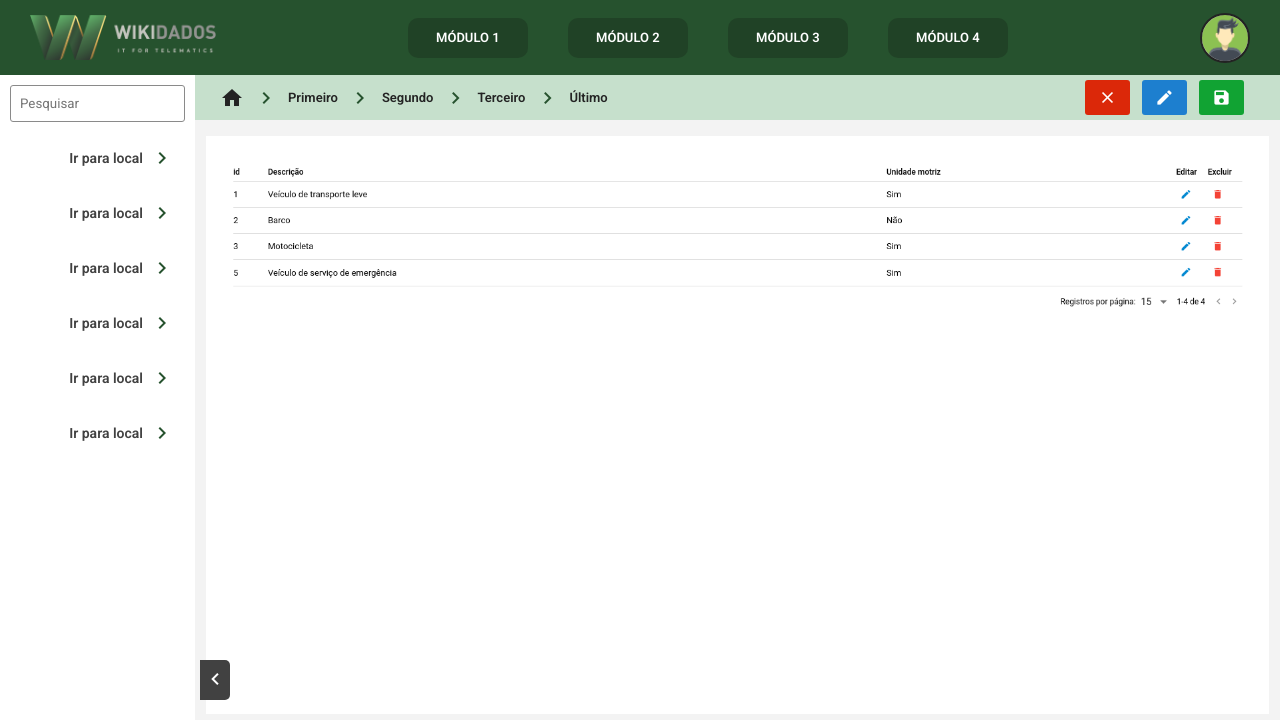
Repository: AlexDjon/alexdjon.github.io
Page: wiki-relayout/index.html
The author's editor kept a copy of each file at every save. The page is drawn from the files as they stood at one save, then again after the next save.
The browser window is 1280 px wide. The pictures show the whole page.

Above is the page before, as saved 2020-08-12 17:29:21.

### wiki-relayout/index.html
<!DOCTYPE html>
<html lang="pt-br">

<head>
  <meta charset="UTF-8">
  <meta name="viewport" content="width=device-width, initial-scale=1.0">
  <title>Wiki - Relayout</title>

  <link rel="shotcut icon" href="https://wikidados.com.br/assets/wiki/img/logos/favicon.ico">
  <link href="https://fonts.googleapis.com/icon?family=Material+Icons" rel="stylesheet">
  <link href="https://fonts.googleapis.com/css2?family=Open+Sans:wght@400;600;700&family=Roboto:wght@400;600&family=Noto+Sans:wght@400;700&display=swap" rel="stylesheet">
  <link rel="stylesheet" href="css/styles.css">
</head>

<body>
  <header class="cabecalho">
    <img src="img/unnamed.png" alt="Logo Wiki" class="logo">

    <div class="modulos">
      <button>Módulo 1</button>
      <button>Módulo 2</button>
      <button>Módulo 3</button>
      <button>Módulo 4</button>
    </div>

    <button class="user">
    </button>
  </header>

  <aside class="areas">
    <ul>
      <li><i class="material-icons">donut_large</i> Editar perfil</li>
      <li><i class="material-icons">grade</i> Favoritos</li>
      <li><i class="material-icons">history</i> Histórico</li>
      <li><i class="material-icons">power_settings_new</i> Sair</li>
    </ul>
  </aside>

  <main class="conteudo">
    <nav class="navbar">
      <div class="search">
        <input type="text" placeholder="Pesquisar">
      </div>
      <ul class="menu">
        <li>Ir para local <i class="material-icons">chevron_right</i></li>
        <li>Ir para local <i class="material-icons">chevron_right</i></li>
        <li>Ir para local <i class="material-icons">chevron_right</i></li>
        <li>Ir para local <i class="material-icons">chevron_right</i></li>
        <li>Ir para local <i class="material-icons">chevron_right</i></li>
        <li>Ir para local <i class="material-icons">chevron_right</i></li>
      </ul>

      <button class="close">
        <i class="material-icons">chevron_left</i>
      </button>
    </nav>

    <div class="meio">
      <div class="barra">
        <ul class="caminho">
          <li>
            <i class="material-icons">home</i>
          </li>
          <li id="separator">
            <i class="material-icons">chevron_right</i>
          </li>
          <li>
            Primeiro
          </li>
          <li id="separator">
            <i class="material-icons">chevron_right</i>
          </li>
          <li>
            Segundo
          </li>
          <li id="separator">
            <i class="material-icons">chevron_right</i>
          </li>
          <li>
            Terceiro
          </li>
          <li id="separator">
            <i class="material-icons">chevron_right</i>
          </li>
          <li>
            Último
          </li>
        </ul>

        <div class="list-buttons">
          <button>
            <i class="material-icons">close</i>
          </button>
          <button>
            <i class="material-icons">edit</i>
          </button>
          <button>
            <i class="material-icons">save</i>
          </button>
        </div>
      </div>

      <div class="viewer">
        <img src="img/tabela-exemplo.png" alt="Tabela">
      </div>
    </div>

  </main>

  <script src="js/scripts.js"></script>
</body>

</html>

### wiki-relayout/css/styles.css
* {
  padding: 0;
  margin: 0;
  font-weight: 100%;
  font-family: 'Roboto', sans-serif;
  border: 0;
  outline: 0;
  box-sizing: border-box;
}

body {
  background: #f3f3f3;
}

:root {
  --verdeW: #26522e;
  --verdeW2: #204226;
  --verdeW-semi: #c6e0cc;
  --verde: #32a852;
  --black: #232323;
  --black2: #414141;
  --white: #ffffff;
  --grey: #464646;
  --shadow: -4px 4px 8px 0px rgba(10, 10, 10, 0.27);
  --cabecalhoY: 75px;
  --barrY: 45px;
}

/* CABECALHO */
.cabecalho {
  width: 100%;
  height: var(--cabecalhoY);
  background: var(--verdeW);
  padding: 10px 30px;
  display: flex;
  justify-content: space-between;
  align-items: center;
}

.cabecalho .logo {
  height: 45px;
}

.cabecalho .modulos {
  display: flex;
}
.cabecalho .modulos button {
  margin: 0 20px;
  width: 120px;
  height: 40px;
  border-radius: 10px;
  background-color: var(--verdeW2);
  color: var(--white);
  font-size: 13px;
  text-transform: uppercase;
  font-weight: 600;
  cursor: pointer;
  transition: filter 0.3s;
}
.cabecalho .modulos button:hover {
  filter: brightness(90%);
}
.cabecalho .user {
  height: 50px;
  width: 50px;
  border-radius: 50%;
  border: solid 2px var(--black);

  background-image: url(../img/avatar1.png);
  background-size: cover;
  background-position: center center;

  cursor: pointer;
}

/* AREAS */
.areas {
  display: none;
  min-width: 180px;
  position: absolute;
  top: var(--cabecalhoY);
  right: 0;
  background-color: var(--white);
  box-shadow: var(--shadow);
}
.areas.ativo {
  display: block;
}
.areas ul {
  list-style: none;
  padding: 10px 20px 10px 40px;
}
.areas ul li {
  margin: 17px 0;
  font-size: 15px;
  color: var(--black2);

  display: flex;
  justify-content: flex-start;
  align-items: center;
  transition: color 0.3s;
  cursor: pointer;
}
.areas ul li:hover {
  color: var(--black);
}
.areas ul li i {
  margin-right: 8px;
  font-size: 17px;
  color: var(--verdeW);
}


/* NAVBAR */
.navbar {
  width: 230px;
  height: calc(100vh - var(--cabecalhoY));
  background: var(--white);
  /* border-bottom: solid 20px var(--verdeW); */
}
.navbar.ativo {
  width: 0;
}
.navbar .menu {
  padding: 0 18px 50px 0;
  display: flex;
  flex-direction: column;
  justify-content: flex-start;
  align-items: flex-end;
  list-style: none;
}
.navbar .menu li {
  margin: 7px 0;
  font-weight: 600;
  color: var(--black2);
  font-size: 14px;
  padding: 7px 3px 10px 10px;
  /* border-bottom: solid 1px var(--white);
  border-radius: 0 0 5px 0; */

  display: flex;
  justify-content: space-between;
  align-items: center;

  cursor: pointer;
}
.navbar .menu li i {
  margin-left: 7px;
  color: var(--black2);
}
.navbar .menu li i {
  color: var(--verdeW);
}
.navbar .close {
  position: absolute;
  bottom: 20px;
  width: 30px;
  border-radius: 0 5px 5px 0;
  height: 40px;
  background: var(--black2);
  left: 200.27px;
  margin: 0;
  cursor: pointer;
  transition: filter 0.3s;
}
.navbar .close:hover {
  filter: brightness(110%);
}
.navbar .close i {
  color: var(--white);
}
.navbar .search {
  width: 100%;
  padding: 10px;
}
.navbar .search input {
  width: 100%;
  padding: 10px 9px;
  border-radius: 3px;
  border: solid 1px #8a8a8a;
}

/* CONTEUDO */
.conteudo {
  width: 100%;
  height: calc(100vh - var(--cabecalhoY));

  display: flex;
}

.meio {
  width: 100%;
  display: flex;
  flex-direction: column;
}

.meio .barra {
  width: 100%;
  height: var(--barrY);
  padding: 0 20px;
  margin-bottom: 10px;
  background-color: var(--verdeW-semi);
  display: flex;
  justify-content: space-between;
  align-items: center;
}
/*
.meio .barra div#separator span i {
  margin: 0 5px;
  color: var(--verdeW);
} */
.meio .barra .caminho {
  height: var(--barrY);
  display: flex;
  align-items: center;
  list-style: none;
}
.meio .barra .caminho li {
  height: var(--barrY);
  margin: 0 5px;
  font-size: 13px;
  font-weight: 600;
  color: var(--black);
  display: flex;
  align-items: center;
}
.meio .barra .caminho li:not(#separator) {
  cursor: pointer;
}

.meio .barra .caminho li#separator {
  color: var(--verdeW);
}

.list-buttons {
  margin: 0 10px;
  display: flex;
}
.list-buttons button {
  height: 35px;
  width: 45px;
  margin: 0 6px 0 6px;
  border-radius: 3px;
  display: flex;
  justify-content: center;
  align-items: center;
  /* border: solid 1px var(--white); */
  background: var(--verdeW2);
  cursor: pointer;
}
.list-buttons button i {
  font-size: 19px;
  color: var(--white);
}
.list-buttons button:nth-child(1) {
  background: #db2809;
}
.list-buttons button:nth-child(2) {
  background: #1d7fcf;
}
.list-buttons button:nth-child(3) {
  background: #11a333;
}

/* VIEWER */
.viewer {
  width: 98%;
  margin: 6px 1%;
  padding: 20px;
  height: calc(100vh - calc(var(--cabecalhoY) + var(--barrY)) - 12px);
  background-color: var(--white);
  display: flex;
  justify-content: center;
  align-items: flex-start;
}

.viewer img {
  width: 100%;
}

### wiki-relayout/js/scripts.js
function getItem (info) {
  return document.querySelector(info)
}

getItem('.user').addEventListener('click', () => {
  getItem('.areas').classList.toggle('ativo')
})

getItem('.navbar .close').addEventListener('click', function () {

  getItem('.navbar').classList.toggle('ativo')

  const thisIcon = (context, value, action = 'get') => {
    if (action == 'get') {
      return context.firstElementChild
    }
    else if (action == 'change') {
      context.firstElementChild.textContent = value
    }
  }

  const icon = thisIcon(this).textContent

  if (icon === 'chevron_left') {
    this.style.left = '0px'
    thisIcon(this, 'chevron_right', 'change')
  }
  else {
    this.style.left = '200.27px'
    thisIcon(this, 'chevron_left', 'change')
  }
})

After the next save:
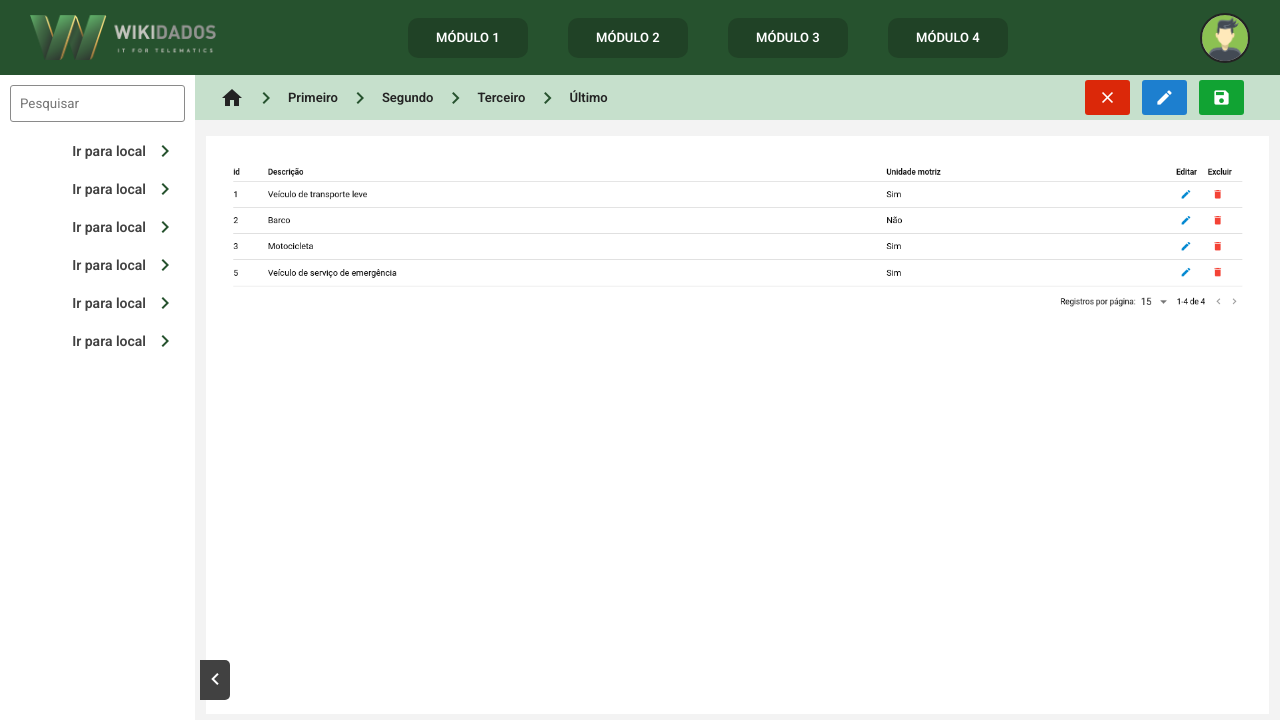
Saved 5 s later.
--- a/wiki-relayout/css/styles.css
+++ b/wiki-relayout/css/styles.css
@@ -134,7 +134,6 @@ body {
   font-weight: 600;
   color: var(--black2);
   font-size: 14px;
-  padding: 7px 3px 10px 10px;
   /* border-bottom: solid 1px var(--white);
   border-radius: 0 0 5px 0; */
 
